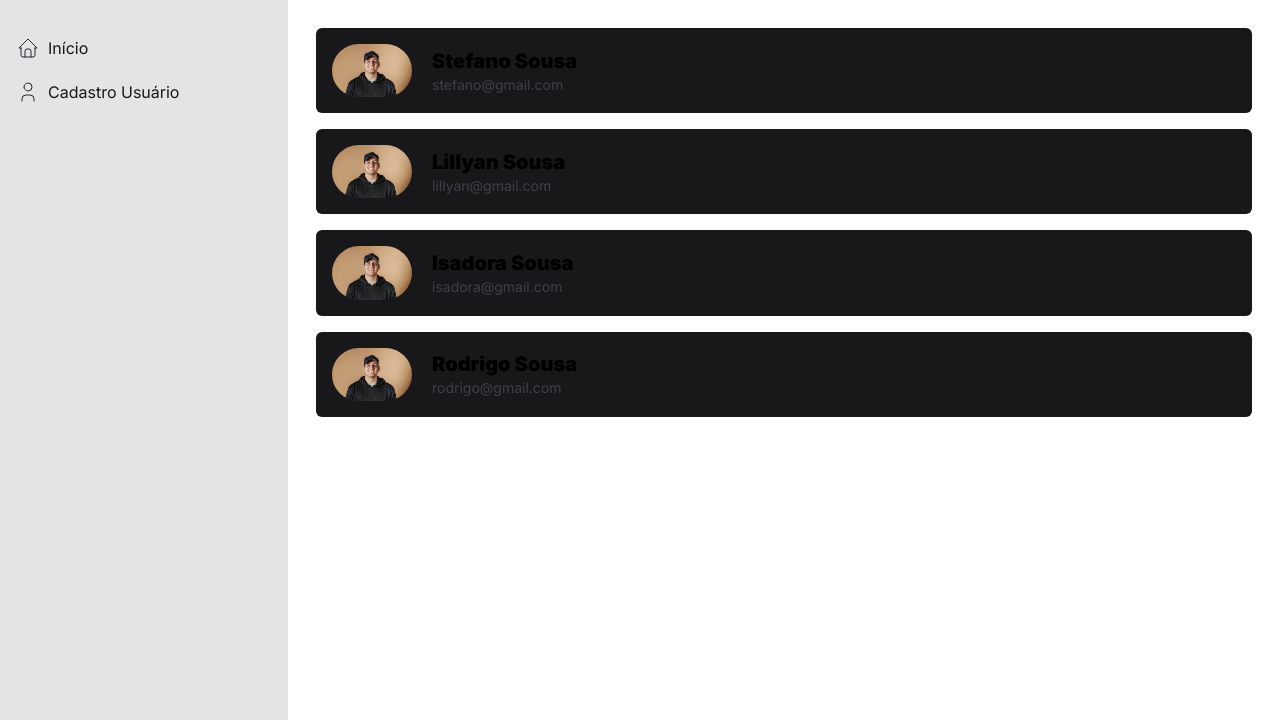
Repository: stefanosousaa/app-bd
Page: /usuarios
These files come from the project's save history. The page is drawn as it stood at one moment and after the next save; the edit follows.
The browser window is 1280 px wide. The pictures show the whole page.
The project was rebuilt for these pictures with package versions that can differ from the ones it lists, and the page was loaded fresh each time. The framework's server and built-in components were replaced by stand-ins that run in the browser. Also part of the build but not shown: next.config.mjs.

Above is the page before, as saved 2024-05-25 23:54:15.

### src/app/(internas)/usuarios/page.tsx
import Pagina from "@/app/components/template/Pagina";
import ListaUsuario from "@/app/components/usuario/ListaUsuario";


export default function Page(){
    return(
        <Pagina>
           <ListaUsuario/>
        </Pagina>
    )
}

### src/app/components/template/Pagina.tsx
import Menu from "./Menu"

export interface PaginaProps {
    children: any
}

export default function Pagina(props: PaginaProps){
    return (
     <div className="flex ">
        <Menu/>
        <main className="flex-1 p-7">{props.children}</main>

    </div>
    )

}

### src/app/components/usuario/ListaUsuario.tsx

import { Usuario } from '@/core/model/Usuario'
import usuarios from '../../data/constants/usuarios'
import LinhaUsuario from './LinhaUsuario'

export default function ListaUsuario(){
    return(
        <div className="flex flex-col gap-4">
            {usuarios.map((usuario: Usuario) => {
                return <LinhaUsuario key={usuario.id} usuario={usuario}/>
            })}

        </div>
    )
}

### src/app/components/template/Menu.tsx
import { IconHome, IconUser } from "@tabler/icons-react"
import Link from "next/link"
import MenuItem from "./MenuItem"



export default function Menu(){
    return (
    <aside className="w-72 bg-zinc-200 h-screen">
         <nav className="flex flex-col gap-1 py-7">
            <MenuItem icone={IconHome} texto="Início" url="/" />
            <MenuItem icone={IconUser} texto="Cadastro Usuário" url="/usuarios" />


         </nav>
    </aside>
    )
}

### src/app/data/constants/usuarios.ts
import { Usuario } from "@/core/model/Usuario";

const usuarios: Usuario [] = [
    {
        id: "1",
        email:"stefano@gmail.com",
        nome: "Stefano Sousa",
        senha:"123456"
    },
    {
        id: "2",
        email:"lillyan@gmail.com",
        nome: "Lillyan Sousa",
        senha:"123456"
    },
    {
        id: "3",
        email:"isadora@gmail.com",
        nome: "Isadora Sousa",
        senha:"123456"
    },
    {
        id: "4",
        email:"rodrigo@gmail.com",
        nome: "Rodrigo Sousa",
        senha:"123456"
    },
]

export default usuarios

### src/app/components/usuario/LinhaUsuario.tsx
import { Usuario } from "@/core/model/Usuario"
import Image from "next/image"

export interface LinhaUsuarioProps {
    usuario: Usuario
}

export default function LinhaUsuario(props: LinhaUsuarioProps){
    return(
        <div className="flex bg-zinc-900 items-center gap-5 p-4 bg-zinc-200 rounded-md">
            <Image
            src="data:[embedded picture, 6063 characters]"
            width={80}
            height={80}
            className="rounded-full"
            alt="Avatar"
            />



            <div className=" flex flex-col">
              <span className="text-xl font-black">{props.usuario.nome}</span>
              <span className="text-sm text-zinc-700">{props.usuario.email}</span>
            </div>


        </div>
    )
}

### src/app/components/template/MenuItem.tsx
import Link from "next/link"
import { ElementType } from "react"

export interface MenuItemProps{
    icone: ElementType
    texto: string
    url: string
}


export default function MenuItem(props : MenuItemProps){
    return(
        <Link href={props.url} className="flex gap-2 px-4 py-2 hover:bg-white ">
            <props.icone className= "text-zinc-800" size={24} stroke={1}/>
            <span className= "text-zinc-900">{props.texto}</span>
        </Link>
    )
}

### src/app/components/template/Titulo.tsx
import { ElementType } from "react"

export interface TituloProps {
    principal: string
    secundario: string
    icone: ElementType
}

export default function Titulo(props: TituloProps){
    return(
          <div className="flex gap-2">
            <props.icone/>
            <div className="flex flex-col">
                <h1>{props.principal}</h1>
                <h2>{props.secundario}</h2>
            </div>

          </div>
    )
}

Loaded but not shown: src/app/layout.tsx (common file); src/app/globals.css (common file); tailwind.config.ts (common file)

After the next save:
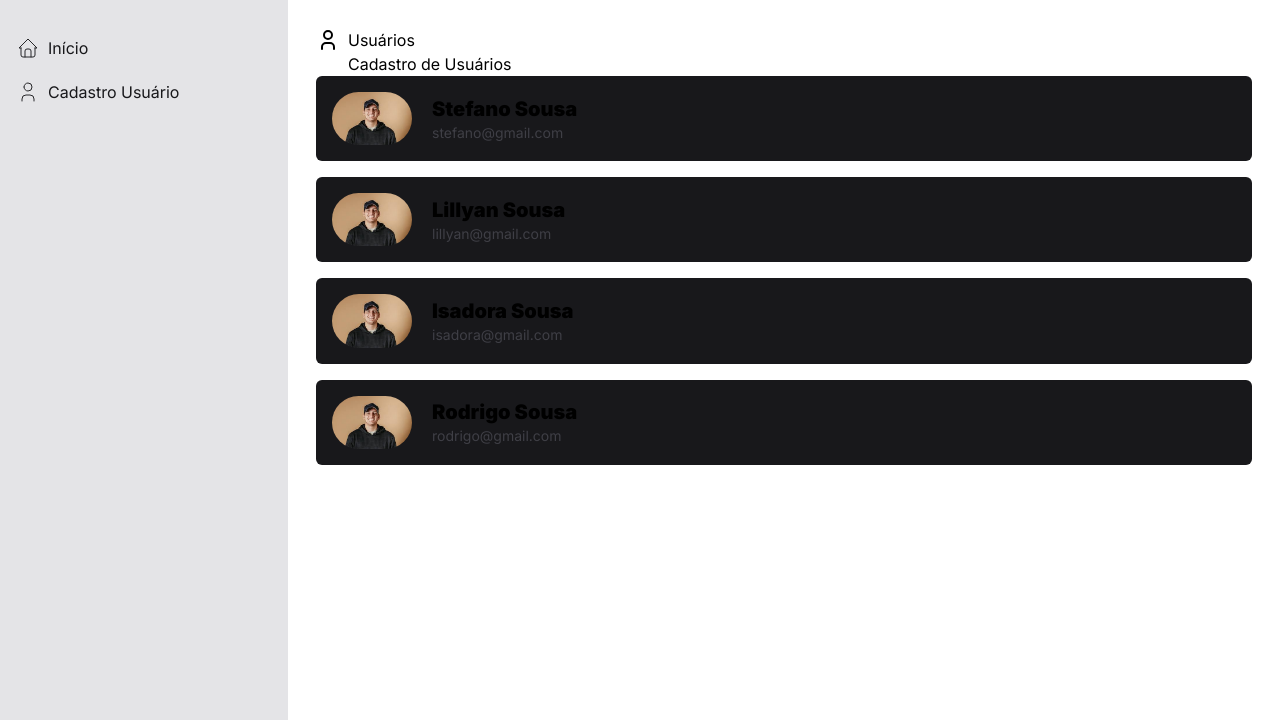
Saved 114 s later.
--- a/src/app/(internas)/usuarios/page.tsx
+++ b/src/app/(internas)/usuarios/page.tsx
@@ -1,10 +1,13 @@
 import Pagina from "@/app/components/template/Pagina";
+import Titulo from "@/app/components/template/Titulo";
 import ListaUsuario from "@/app/components/usuario/ListaUsuario";
+import { IconUser } from "@tabler/icons-react";
 
 
 export default function Page(){
     return(
         <Pagina>
+            <Titulo icone={IconUser} principal="Usuários" secundario="Cadastro de Usuários"/>
            <ListaUsuario/>
         </Pagina>
     )
